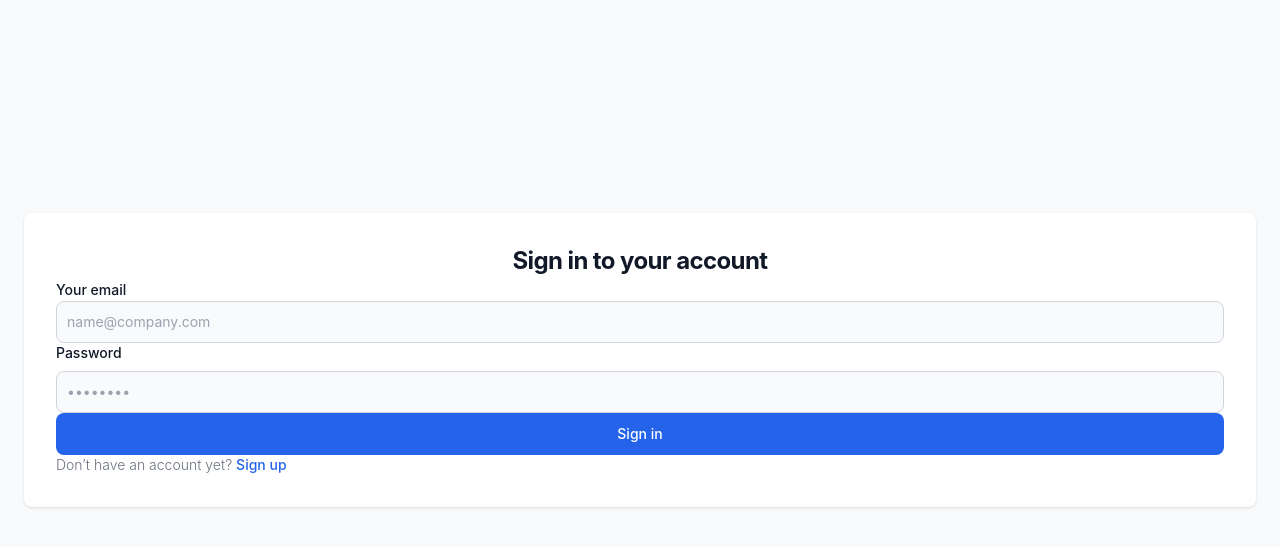
Repository: Than-sothearak/news-today
Page: /login (app in client/)
An editor plug-in stored every save of this project. The page is shown before and after the next save, followed by the edit.
The browser window is 1280 px wide. The pictures show the whole page.
The project was rebuilt for these pictures with package versions that can differ from the ones it lists, and the page was loaded fresh each time. Also part of the build but not shown: client/vite.config.js, client/data.js, client/src/components/Post.jsx, client/src/components/HeroBanner.jsx, client/src/page/Home.jsx, client/src/page/Register.jsx, client/src/page/Single.jsx, client/src/page/Write.jsx and 3 more.

Above is the page before, as saved 2023-03-05 17:47:02.

After the next save:
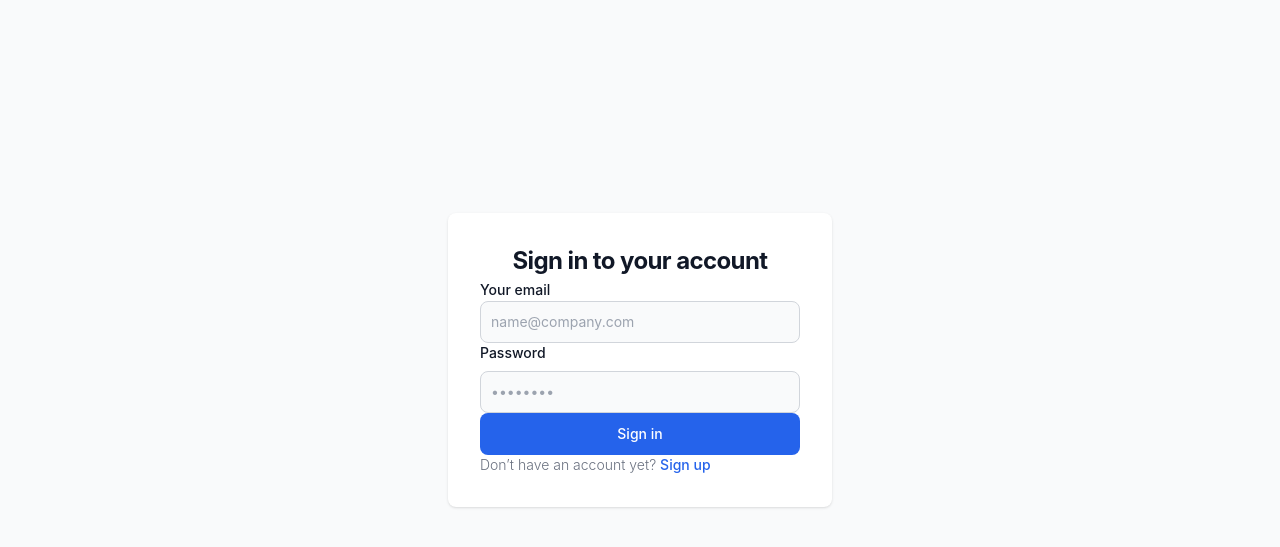
Saved 5 s later.
--- a/client/src/page/Login.jsx
+++ b/client/src/page/Login.jsx
@@ -4,7 +4,7 @@ export const Login = () => {
   return (
     <section className="bg-gray-50 dark:bg-gray-900">
       <div className="flex flex-col items-center justify-center px-6 py-8 mx-auto md:h-screen lg:py-0">
-        <div className="w-full bg-white rounded-lg shadow dark:border dark:bg-gray-800 dark:border-gray-700">
+        <div className="w-96 bg-white rounded-lg shadow dark:border dark:bg-gray-800 dark:border-gray-700">
           <div className="p-6 sm:p-8">
             <h1 className="text-xl font-bold leading-tight tracking-tight text-gray-900 md:text-2xl dark:text-white">
               Sign in to your account
